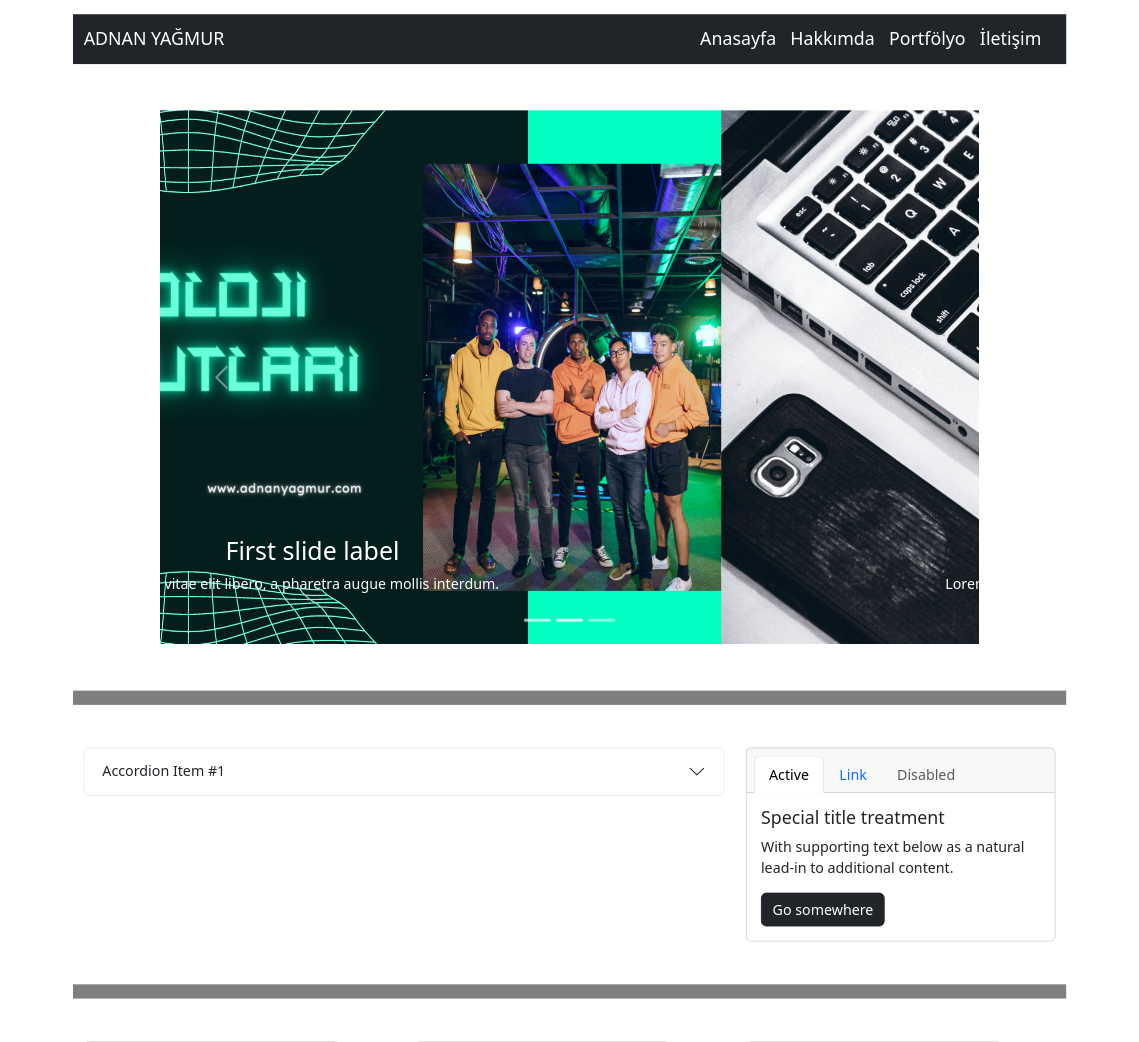
Repository: adnanyagmur/react-bootstrap-example
Page: /
An editor plug-in stored every save of this project. The page is shown before and after a run of saves, followed by the edit.
The browser window is 1280 px wide. The pictures show the part of the page from y = 0 to 1171 px (the page is 2248 px tall before and 2306 px after), at 89% of full size.
Pictures or frames that could not be fetched are drawn as grey boxes. The project was rebuilt for these pictures with package versions that can differ from the ones it lists, and the page was loaded fresh each time.

Above is the page before, as saved 2022-06-29 13:50:36.

After the next 2 saves:
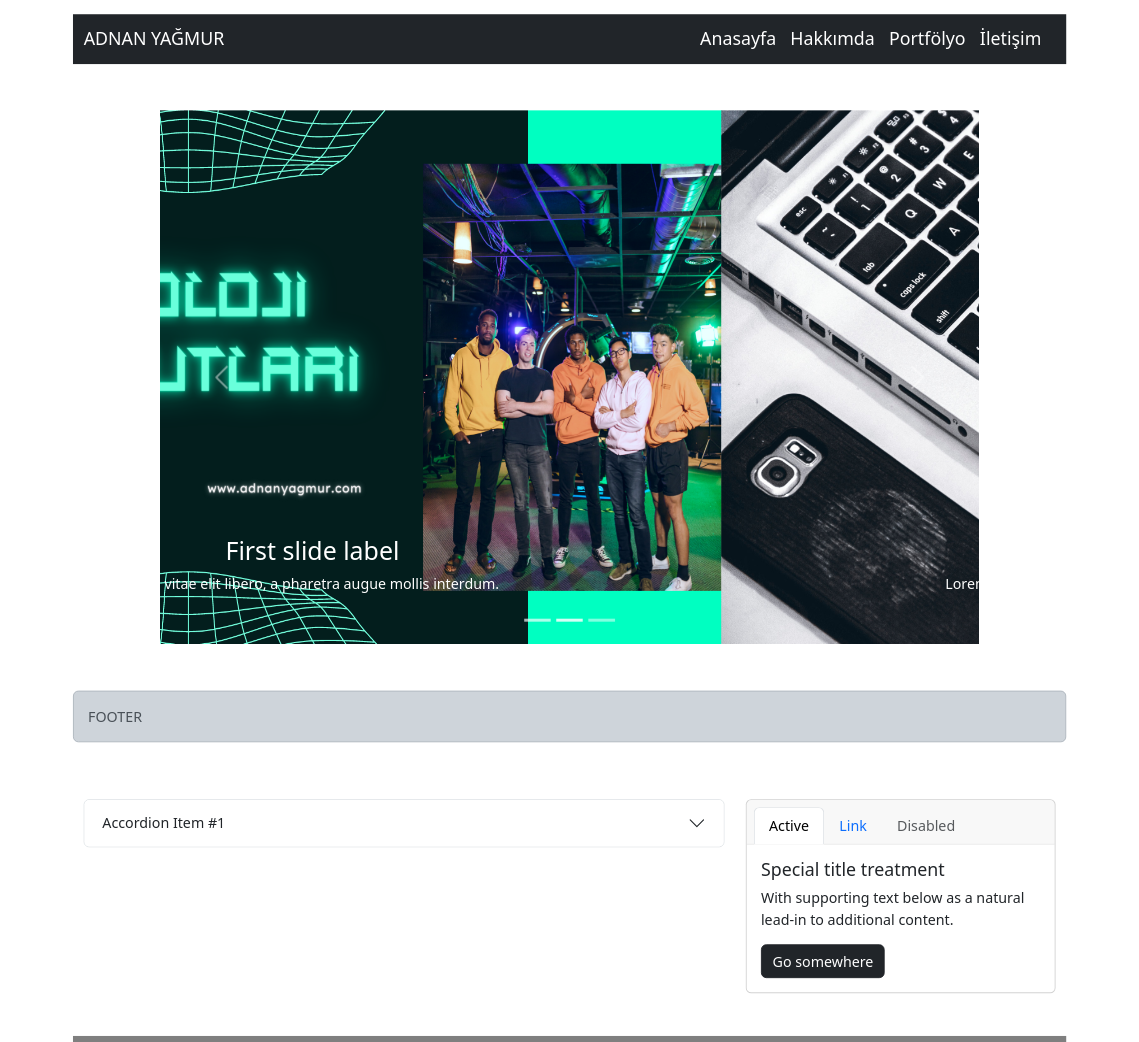
The 2 saves are shown as one change because 1 did not build or start.
The last was saved 34 s later.
--- a/src/appComponents/AppContainer.jsx
+++ b/src/appComponents/AppContainer.jsx
@@ -1,11 +1,13 @@
-import {Nav,Placeholder,Accordion,Container,Card,Button, Row, Col} from "react-bootstrap"
+import {Nav,Alert,Placeholder,Accordion,Container,Card,Button, Row, Col} from "react-bootstrap"
 
 const AppContainer = () => {
 
     return (
        <Container>
         <Row className="pt-5">
-        <Placeholder  xs={12} bg="black" />
+        <Alert  variant="dark">
+          FOOTER
+        </Alert>
         </Row>
         <Row className="pt-5 pb-5">
         <Col sm={8}>

After the save that followed:
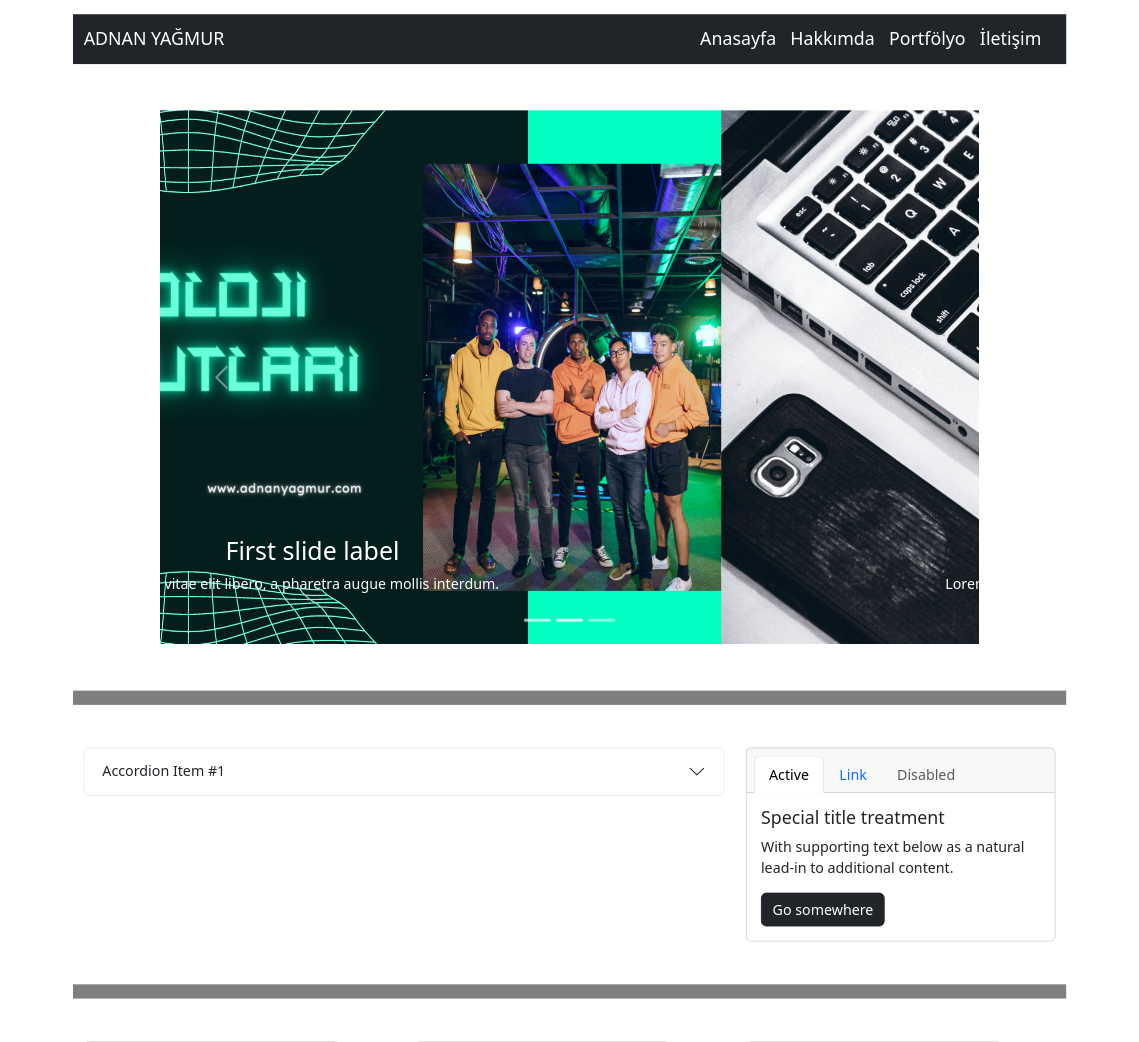
Saved 7 s later.
--- a/src/appComponents/AppContainer.jsx
+++ b/src/appComponents/AppContainer.jsx
@@ -1,13 +1,11 @@
-import {Nav,Alert,Placeholder,Accordion,Container,Card,Button, Row, Col} from "react-bootstrap"
+import {Nav,Placeholder,Accordion,Container,Card,Button, Row, Col} from "react-bootstrap"
 
 const AppContainer = () => {
 
     return (
        <Container>
         <Row className="pt-5">
-        <Alert  variant="dark">
-          FOOTER
-        </Alert>
+        <Placeholder  xs={12} bg="black" />
         </Row>
         <Row className="pt-5 pb-5">
         <Col sm={8}>
